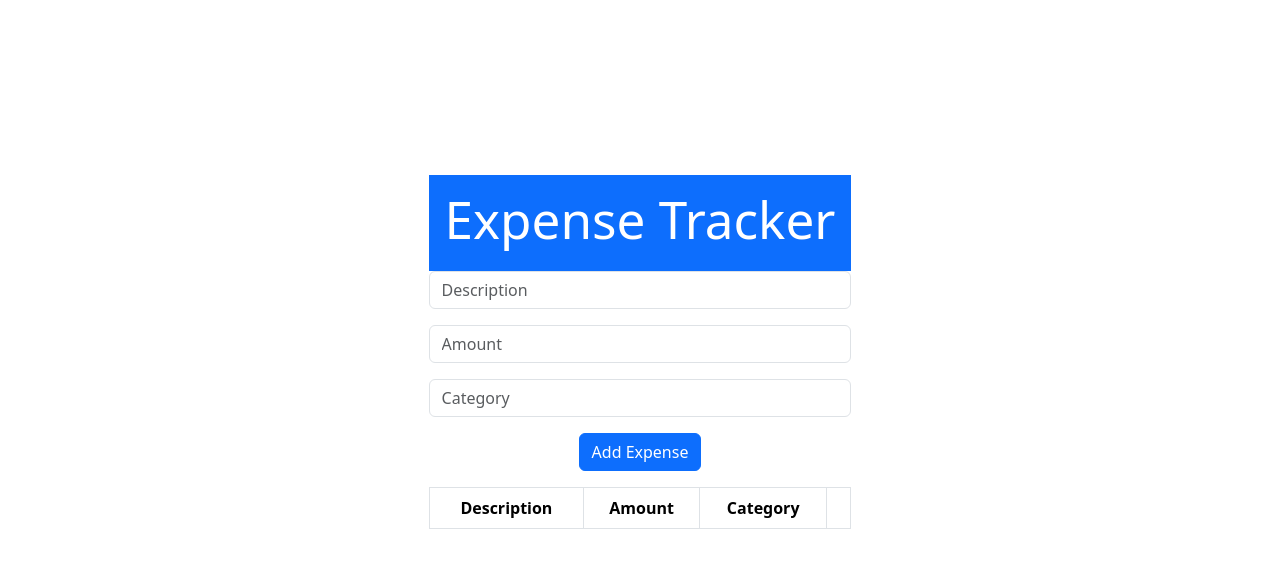
Repository: JuniorDevChris/ExpenseTracker
Page: / (app in frontend/)
The author's editor kept a copy of each file at every save. The page is drawn from the files as they stood at one save, then again after a run of saves.
The browser window is 1280 px wide. The pictures show the whole page.
The project was rebuilt for these pictures with package versions that can differ from the ones it lists, and the page was loaded fresh each time. Also part of the build but not shown: frontend/vite.config.js.

Above is the page before, as saved 2024-07-07 17:04:06.

### frontend/src/main.jsx
import 'bootstrap/dist/css/bootstrap.min.css';
import React from 'react';
import ReactDOM from 'react-dom/client';
import App from './App';
import './index.css';

ReactDOM.createRoot(document.getElementById('root')).render(
  <React.StrictMode>
    <App />
  </React.StrictMode>
);

### frontend/src/App.jsx
import React, { useState } from 'react';
import Header from './components/Header';
import ExpenseForm from './components/ExpenseForm';
import ExpenseList from './components/ExpenseList';
import './App.css';

function App() {
  const [expenses, setExpenses] = useState([]);

  const addExpense = (expense) => {
    setExpenses([...expenses, { ...expense, id: Date.now() }]);
  };

  const deleteExpense = (id) => {
    setExpenses(expenses.filter((expense) => expense.id !== id));
  };

  return (
    <div className="App container">
      <Header />
      <ExpenseForm addExpense={addExpense} />
      <ExpenseList expenses={expenses} deleteExpense={deleteExpense} />
    </div>
  );
}

export default App;

### frontend/src/components/Header.jsx
import React from 'react';

const Header = () => {
  return (
    <header className="bg-primary text-white p-3">
      <h1>Expense Tracker</h1>
    </header>
  );
};

export default Header;

### frontend/src/components/ExpenseForm.jsx
import React, { useState } from 'react';

const ExpenseForm = ({ addExpense }) => {
  const [description, setDescription] = useState('');
  const [amount, setAmount] = useState('');
  const [category, setCategory] = useState('');

  const handleSubmit = (e) => {
    e.preventDefault();
    addExpense({ description, amount, category });
    setDescription('');
    setAmount('');
    setCategory('');
  };

  return (
    <form onSubmit={handleSubmit} className="mb-3">
      <div className="mb-3">
        <input
          type="text"
          className="form-control"
          placeholder="Description"
          value={description}
          onChange={(e) => setDescription(e.target.value)}
          required
        />
      </div>
      <div className="mb-3">
        <input
          type="number"
          className="form-control"
          placeholder="Amount"
          value={amount}
          onChange={(e) => setAmount(e.target.value)}
          required
        />
      </div>
      <div className="mb-3">
        <input
          type="text"
          className="form-control"
          placeholder="Category"
          value={category}
          onChange={(e) => setCategory(e.target.value)}
          required
        />
      </div>
      <button type="submit" className="btn btn-primary">Add Expense</button>
    </form>
  );
};

export default ExpenseForm;

### frontend/src/components/ExpenseList.jsx
import React from 'react';

const ExpenseList = ({ expenses, deleteExpense }) => {
  return (
    <table className="table table-bordered">
      <thead>
        <tr>
          <th>Description</th>
          <th>Amount</th>
          <th>Category</th>
          <th></th>
        </tr>
      </thead>
      <tbody>
        {expenses.map((expense) => (
          <tr key={expense.id}>
            <td>{expense.description}</td>
            <td>{expense.amount}</td>
            <td>{expense.category}</td>
            <td>
              <button
                className="btn btn-outline-danger"
                onClick={() => deleteExpense(expense.id)}
              >
                Delete
              </button>
            </td>
          </tr>
        ))}
      </tbody>
    </table>
  );
};

export default ExpenseList;

Loaded but not shown: frontend/index.html (common file); frontend/src/index.css (common file); frontend/src/App.css (common file)

After the next 8 saves:
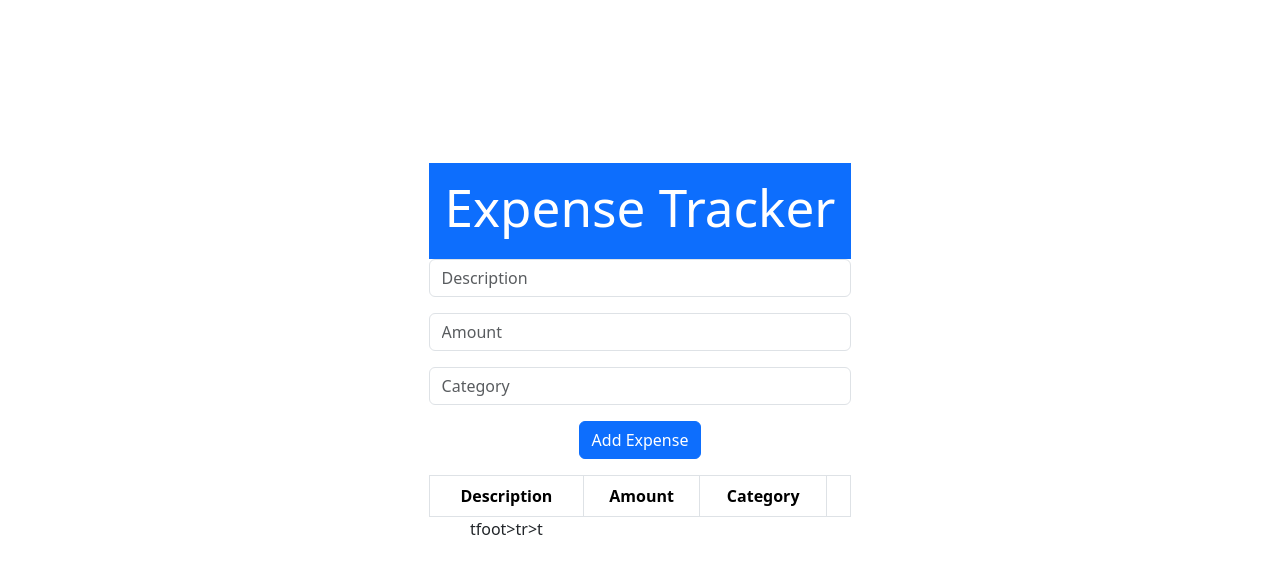
The 8 saves are shown as one change because they came seconds apart.
The last was saved 61 s later.
--- a/frontend/src/components/ExpenseList.jsx
+++ b/frontend/src/components/ExpenseList.jsx
@@ -28,6 +28,7 @@ const ExpenseList = ({ expenses, deleteExpense }) => {
           </tr>
         ))}
       </tbody>
+      tfoot>tr>t
     </table>
   );
 };
